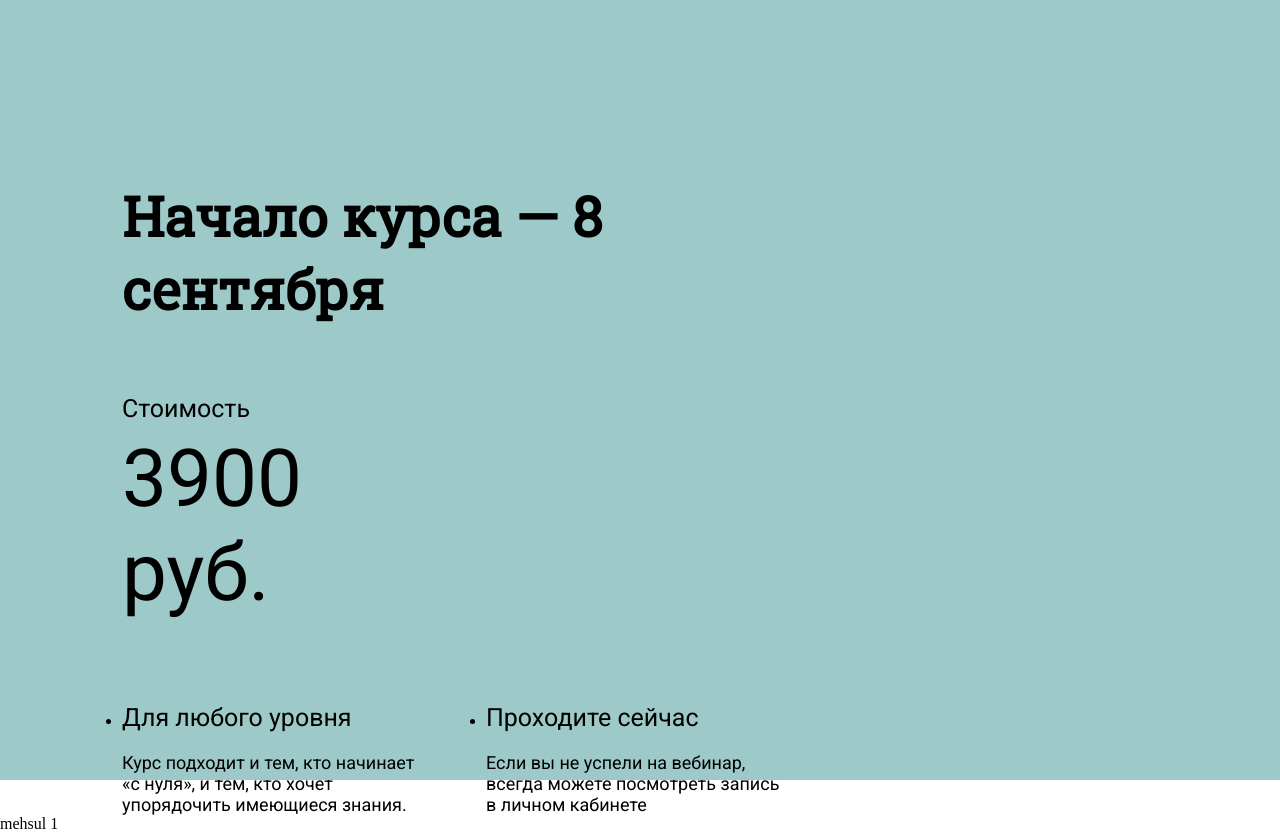
Repository: NatiqSamiyev/fiqma-task3
Page: index.html
An editor plug-in stored every save of this project. The page is shown before and after a run of saves, followed by the edit.
The browser window is 1280 px wide. The pictures show the whole page.

Above is the page before, as saved 2023-08-09 13:08:34.

After the next 2 saves:
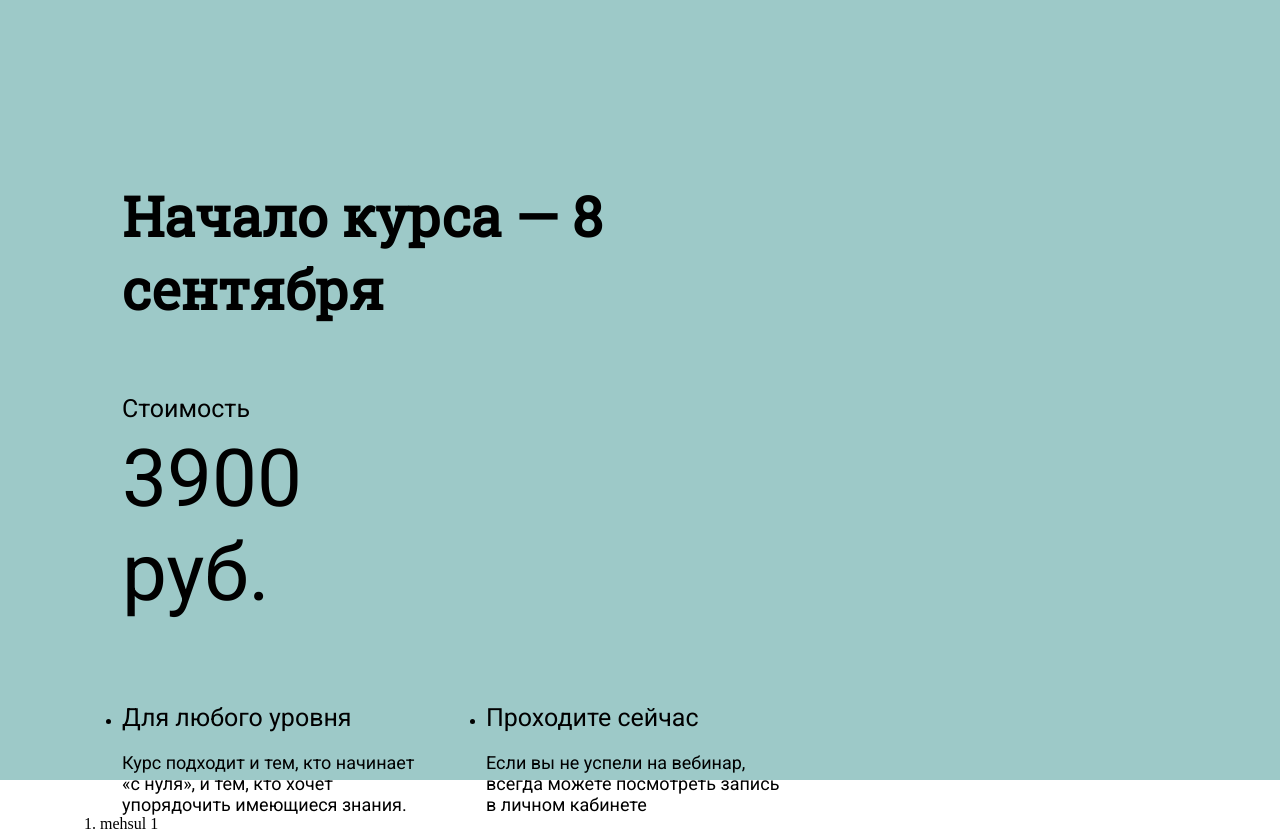
The 2 saves are shown as one change because they came seconds apart.
The last was saved 42 s later.
--- a/index.css
+++ b/index.css
@@ -60,3 +60,6 @@
   font-style: normal;
   font-weight: 400;
 }
+ol{
+  margin-left: 100px;
+}
